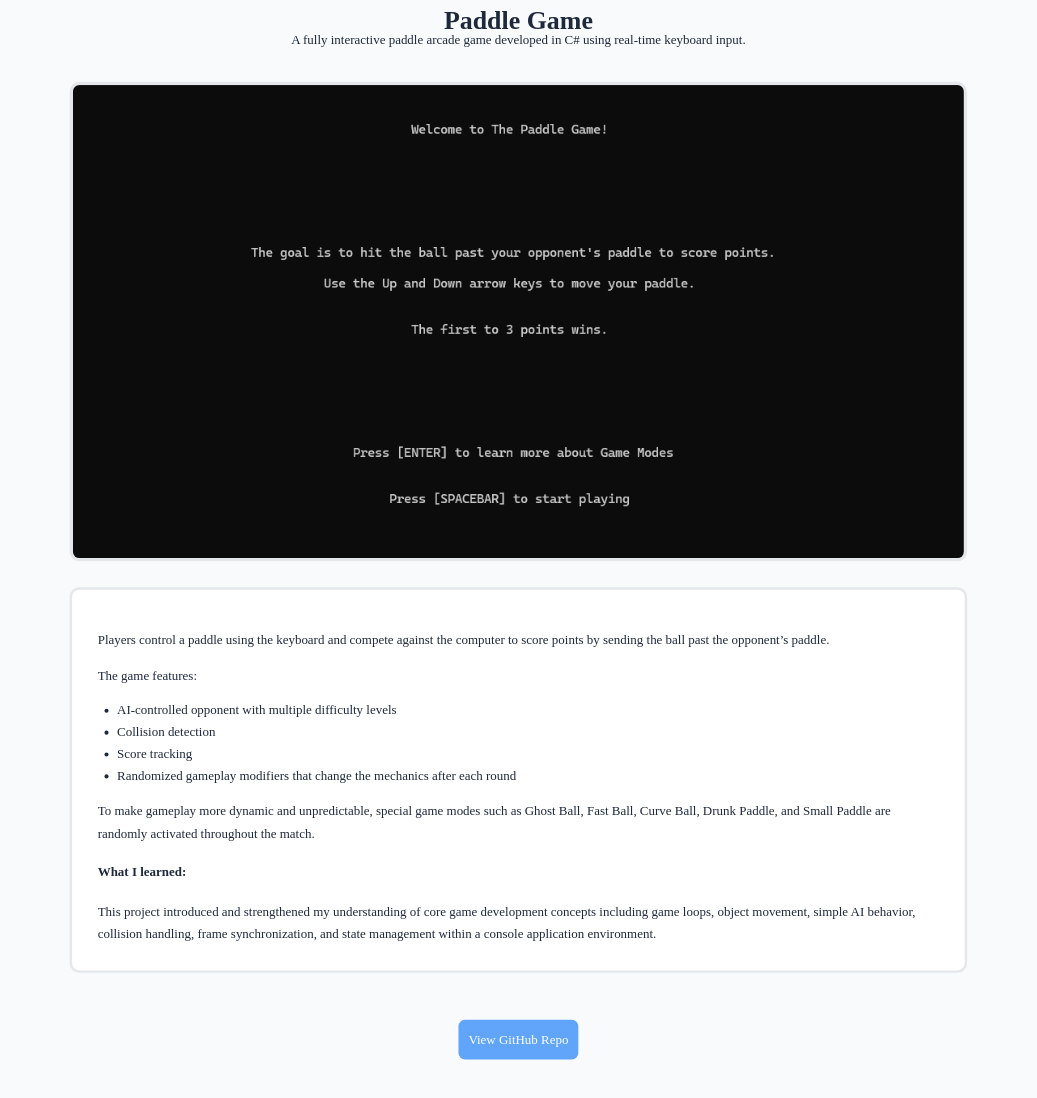
Repository: alison-cunningham/alison-cunningham
Page: pages/paddle-game.html
These files come from the project's save history. The page is drawn as it stood at one moment and after the next save; the edit follows.
The browser window is 1280 px wide. The pictures show the whole page, at 81% of full size.
Some web fonts or font styles are not loaded; a fallback is used.

Above is the page before, as saved 2026-05-12 17:12:35.

After the next save:
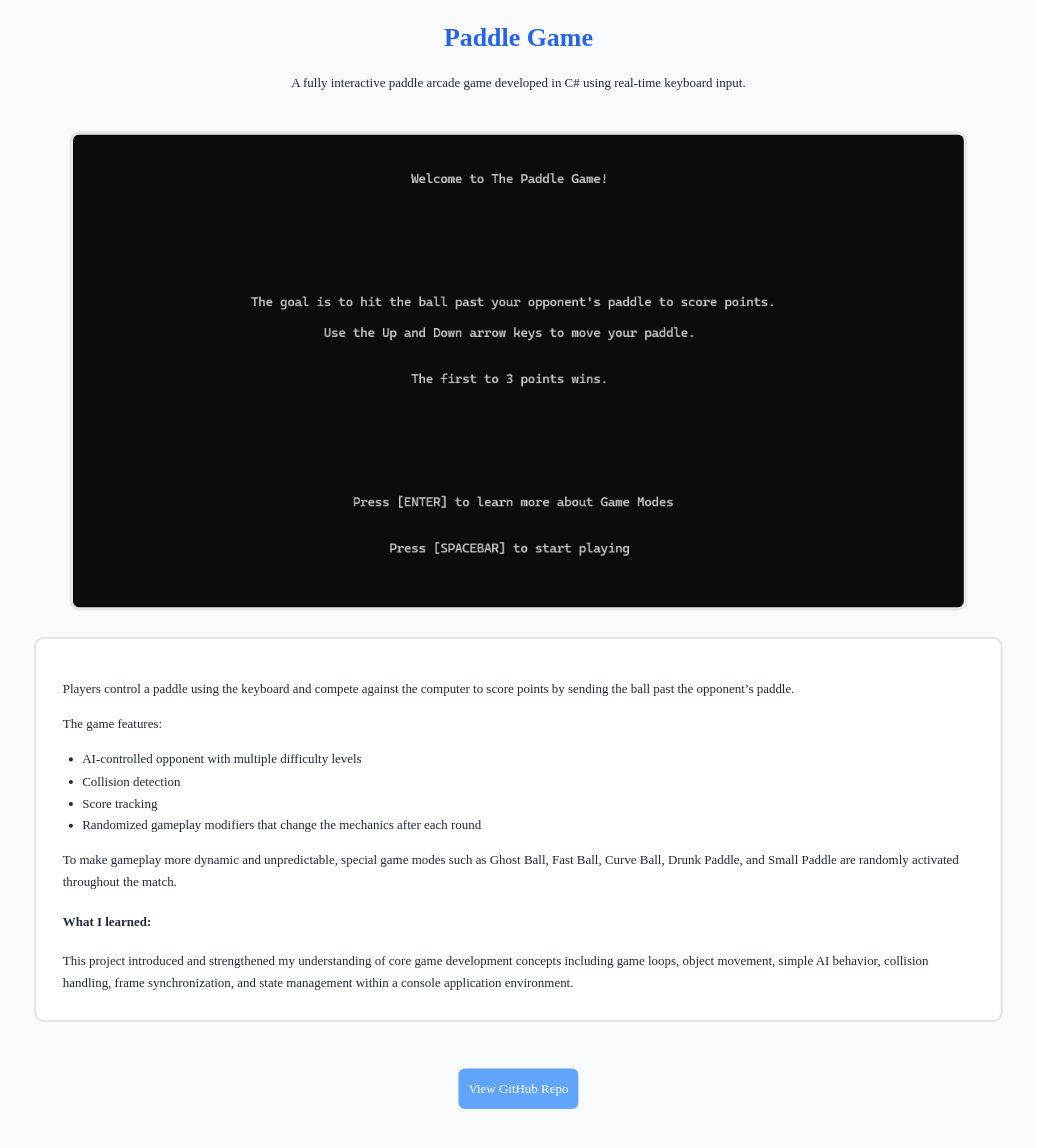
Saved 10 min 3 s later.
--- a/styles/pages.css
+++ b/styles/pages.css
@@ -10,10 +10,25 @@ body{
 
 .main-header{
     display: grid;
-    justify-content: center;
     text-align: center;
 
     font-size: 1.2rem;
+}
+
+.main-header h2{
+    font-size: 3rem;
+
+    margin-bottom: 0.5rem;
+
+    color: #0f172a;
+    letter-spacing: -0.05rem;
+}
+
+.main-header p{
+    margin-top: 0;
+
+    font-size: 1.2rem;
+    color: #64748b;
 }
 
 .project-header{
@@ -21,11 +36,12 @@ body{
     justify-content: center;
     text-align: center;
 
-    line-height: 0.5rem;
 }
 
-h1{
+.project-header h1{
     margin-bottom: 0;
+
+    color: #2563eb;
 }
 
 nav{
@@ -72,7 +88,7 @@ img{
 }
 
 .project-description{
-    max-width: 90%;
+    max-width: 97%;
 
     margin: 0 auto 2rem;
     padding: 2rem;
